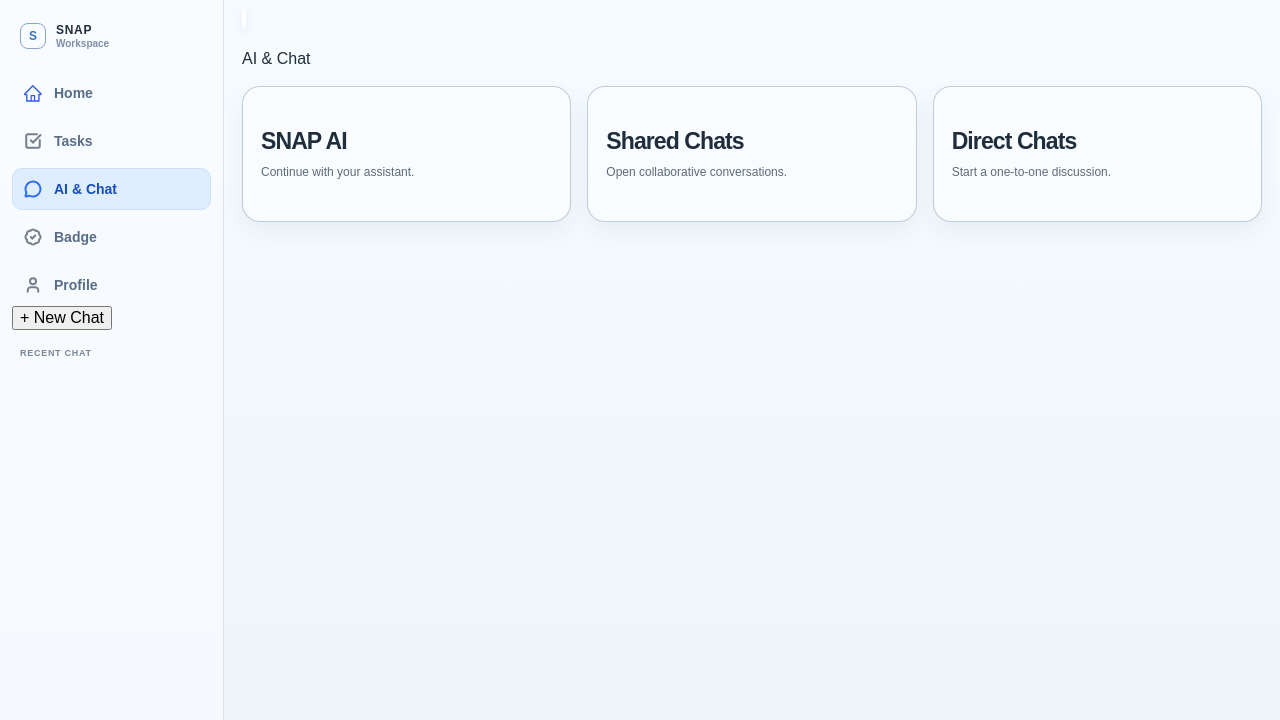
Repository: Lee-Productions-Inc/SNAP_productions
Page: pages/dashboard/ai and chat/ai_and_chat.html
An editor plug-in stored every save of this project. The page is shown before and after the next save, followed by the edit.
The browser window is 1280 px wide. The pictures show the whole page.

Above is the page before, as saved 2026-09-24 15:12:59.

### pages/dashboard/ai and chat/ai_and_chat.html
<!DOCTYPE html>
<html lang="en">
    <head>
        <meta charset="UTF-8">
        <meta name="viewport" content="width=device-width, initial-scale=1.0">
        <title>AI &amp; Chat | SNAP</title>
        <link rel="stylesheet" href="../../../designs/dashboard.css">
        <link rel="stylesheet" href="../../../designs/ai.css">
    </head>
    <body>
        <div class="dashboard-shell">
            <div class="dashboard-content">
                <aside class="sidebar" aria-label="Main navigation">
                    <a class="brand" href="../dashboard.html" aria-label="SNAP home">
                        <span class="brand-mark">S</span>
                        <span>
                            <strong>SNAP</strong>
                            <small>Workspace</small>
                        </span>
                    </a>

                    <nav class="primary-nav">
                        <a class="nav-item" href="../dashboard.html">
                            <img class="nav-icon" src="../../../assets/main icons/Vector.svg" alt="Home icon">
                            Home
                        </a>
                        <a class="nav-item" href="../tasks.html">
                            <img class="nav-icon" src="../../../assets/main icons/check-square.svg" alt="Tasks icon">
                            Tasks
                        </a>
                        <a class="nav-item active" href="ai_and_chat.html">
                            <img class="nav-icon-active" src="../../../assets/main icons/message-circle.svg" alt="AI chat icon">
                            AI & Chat
                        </a>
                        <a class="nav-item" href="../badges.html">
                            <img class="nav-icon" src="../../../assets/main icons/badge-check.svg" alt="Badge icon">
                            Badge
                        </a>
                        <a class="nav-item" href="../profile/profile.html">
                            <img class="nav-icon" src="../../../assets/main icons/user.svg" alt="Profile icon">
                            Profile
                        </a>
                    </nav>

                    <div class="chat-utils">
                        <button class="new-chat-button" type="button">+ New Chat</button>
                    </div>

                    <div class="recent-notes" aria-label="Recent chat">
                        <h2>Recent Chat</h2>
                        <div class="empty-recent" aria-hidden="true"></div>
                    </div>
                </aside>

                <main class="dashboard-main ai-chat-panel" aria-label="AI & Chat landing page">
                    <div class="top-bar">
                        <a class="profile-placeholder" href="../profile/profile.html" aria-label="Open profile"></a>
                    </div>

                    <div class="chat-surface ai-landing-surface">
                        <div class="chat-message" aria-label="AI & Chat heading">AI &amp; Chat</div>

                        <div class="ai-option-grid">
                            <a class="ai-option-card" href="ai.html">
                                <span class="option-label">SNAP AI</span>
                                <span class="option-copy">Continue with your assistant.</span>
                            </a>

                            <a class="ai-option-card" href="ai_and_chat.html">
                                <span class="option-label">Shared Chats</span>
                                <span class="option-copy">Open collaborative conversations.</span>
                            </a>

                            <a class="ai-option-card" href="ai_and_chat.html">
                                <span class="option-label">Direct Chats</span>
                                <span class="option-copy">Start a one-to-one discussion.</span>
                            </a>
                        </div>
                    </div>
                </main>
            </div>
        </div>
    </body>
</html>

### designs/dashboard.css
:root {
    --shell-bg: #edf5fb;
    --sidebar-bg: rgba(249, 252, 255, 0.8);
    --sidebar-border: rgba(138, 167, 198, 0.28);
    --panel-bg: rgba(255, 255, 255, 0.45);
    --panel-border: rgba(143, 182, 219, 0.25);
    --active-bg: #dfeeff;
    --active-text: #1a4eb5;
    --muted: #75859b;
    --text: #1f2d3d;
    --sidebar-width: 224px;
    --appbar-height: 66px;
    --radius: 16px;
    --space-sm: 10px;
    --space-md: 16px;
    --space-lg: 20px;
    font-family: Arial, sans-serif;
    color: var(--text);
    background: var(--shell-bg);
}

* {
    box-sizing: border-box;
}

html, body {
    min-width: 320px;
    min-height: 100vh;
    margin: 0;
    background: var(--shell-bg);
    color: var(--text);
    font-family: Arial, sans-serif;
}

button,
a,
input {
    font: inherit;
}

button,
a {
    -webkit-tap-highlight-color: transparent;
}

img {
    display: block;
}

.dashboard-shell {
    display: flex;
    min-height: 100vh;
    background: linear-gradient(180deg, #f6fbff 0%, #edf5fb 100%);
}

.dashboard-content {
    display: flex;
    flex: 1 1 auto;
    width: 100%;
    min-height: 100vh;
}

.sidebar {
    position: sticky;
    top: 0;
    display: flex;
    flex: 0 0 var(--sidebar-width);
    flex-direction: column;
    height: 100vh;
    padding: 14px 12px 18px;
    border-right: 1px solid var(--sidebar-border);
    background: var(--sidebar-bg);
}

.brand {
    display: flex;
    align-items: center;
    gap: 10px;
    min-height: 36px;
    margin: 4px 8px 18px;
    color: var(--text);
    text-decoration: none;
}

.brand-mark {
    display: grid;
    width: 26px;
    height: 26px;
    place-items: center;
    border: 1px solid #8ca6c8;
    border-radius: 8px;
    background: rgba(255,255,255,0.24);
    color: #3173d0;
    font-size: 12px;
    font-weight: 800;
}

.brand strong,
.brand small {
    display: block;
}

.brand strong {
    font-size: 12px;
    font-weight: 800;
    letter-spacing: 0.06em;
    text-transform: uppercase;
}

.brand small {
    margin-top: 1px;
    color: #7f8fa6;
    font-size: 10px;
    font-weight: 600;
}

.primary-nav {
    display: grid;
    gap: 6px;
}

.nav-item {
    display: flex;
    align-items: center;
    gap: 12px;
    min-height: 42px;
    padding: 0 12px;
    border-radius: 10px;
    color: #586d86;
    font-size: 14px;
    font-weight: 700;
    text-decoration: none;
    transition: background 150ms ease, color 150ms ease, transform 150ms ease;
}

.nav-item:hover {
    color: var(--active-text);
    background: rgba(223, 238, 255, 0.75);
}

.nav-item.active {
    color: var(--active-text);
    background: var(--active-bg);
    box-shadow: inset 0 0 0 1px rgba(125, 171, 223, 0.2);
}

.nav-icon {
    width: 18px;
    height: 18px;
    flex: 0 0 18px;
    opacity: 0.9;
    object-fit: contain;
}

.nav-icon-active {
    filter: brightness(0) saturate(100%) invert(32%) sepia(82%) saturate(1459%) hue-rotate(205deg) brightness(97%) contrast(99%);
}

.recent-notes {
    margin-top: 18px;
    padding: 0 8px;
}

.recent-notes h2 {
    margin: 0 0 10px;
    color: #7b8695;
    font-size: 9px;
    font-weight: 800;
    letter-spacing: 0.08em;
    text-transform: uppercase;
}

.dashboard-main {
    flex: 1 1 auto;
    min-width: 0;
    padding: 10px 18px 32px;
}

.dashboard-header {
    position: sticky;
    top: 0;
    z-index: 20;
    display: flex;
    align-items: center;
    justify-content: space-between;
    gap: 14px;
    width: 100%;
    min-height: var(--appbar-height);
    margin: 0 0 18px;
    padding: 12px 18px;
    border: 1px solid var(--panel-border);
    border-radius: 18px;
    background: rgba(255, 255, 255, 0.42);
    backdrop-filter: blur(8px);
    box-shadow: inset 0 1px 0 rgba(255,255,255,0.6);
}

.search-box {
    display: flex;
    align-items: center;
    width: min(100%, 460px);
    min-height: 42px;
    padding: 0 14px;
    border: 1px solid #dfe7f0;
    border-radius: 17px;
    background: rgba(246, 250, 254, 0.9);
    color: #9aa7b6;
}

.search-box span {
    margin-right: 10px;
    color: #7b8aa0;
    font-size: 18px;
    line-height: 1;
}

.search-box input {
    width: 100%;
    min-height: 0;
    border: 0;
    outline: 0;
    background: transparent;
    color: var(--text);
    font-size: 14px;
}

.search-box input::placeholder {
    color: #97a5b7;
}

.header-actions {
    display: flex;
    align-items: center;
    gap: 10px;
    margin-left: auto;
}

.text-action {
    display: inline-flex;
    align-items: center;
    justify-content: center;
    gap: 8px;
    min-height: 34px;
    padding: 0 14px;
    border: 1px solid #dfe7f0;
    border-radius: 14px;
    background: rgba(255,255,255,0.26);
    color: #4d5d73;
    font-size: 13px;
    font-weight: 700;
    text-decoration: none;
}

.text-action:hover {
    color: var(--active-text);
}

.new-note {
    min-height: 38px;
    border: 0;
    border-radius: 12px;
    background: #17243a;
    color: #fff;
    box-shadow: 0 8px 18px rgba(23, 36, 58, 0.15);
}

.selected-action {
    background: #dfeeff;
    border-color: rgba(141, 170, 206, 0.42);
    color: #2e4d79;
}

.folder-action {
    background: rgba(255,255,255,0.7);
}

.text-action-icon {
    width: 14px;
    height: 14px;
    object-fit: contain;
}

.profile-placeholder {
    width: 30px;
    height: 30px;
    padding: 0;
    border: 2px solid rgba(255,255,255,0.9);
    border-radius: 50%;
    background: linear-gradient(145deg, #f6d5df 0%, #d0e7ff 100%);
    box-shadow: 0 4px 12px rgba(82, 112, 143, 0.18);
    cursor: pointer;
}

.status-grid {
    display: grid;
    grid-template-columns: repeat(3, minmax(0, 1fr));
    gap: 18px;
    margin-top: 12px;
}

.status-card {
    position: relative;
    display: block;
    min-height: 128px;
    padding: 18px 18px 16px 18px;
    border: 0;
    border-radius: 18px;
    box-shadow: 0 8px 18px rgba(72, 104, 138, 0.06);
}

.today-card {
    background: #a5d4fa;
}

.progress-card {
    background: #f5e8b8;
}

.completed-card {
    background: #bfefcf;
}

.status-icon {
    position: absolute;
    left: 18px;
    top: 18px;
    display: grid;
    width: 42px;
    height: 42px;
    place-items: center;
    border-radius: 11px;
    background: rgba(255,255,255,0.42);
    flex-shrink: 0;
}

.status-icon-image {
    width: 22px;
    height: 22px;
    object-fit: contain;
}

.today-icon {
    filter: brightness(0) saturate(100%) invert(36%) sepia(96%) saturate(1800%) hue-rotate(205deg) brightness(97%) contrast(97%);
}

.status-info {
    position: relative;
    display: flex;
    flex-direction: column;
    align-items: flex-start;
    justify-content: flex-start;
    min-width: 0;
    height: 100%;
    padding-left: 0;
    padding-top: 70px;
}

.status-label {
    position: absolute;
    top: 14px;
    right: 14px;
    color: #647183;
    font-size: 13px;
    font-weight: 700;
    letter-spacing: 0.01em;
}

.status-count {
    display: block;
    margin: 0;
    color: #1f2d3f;
    font-size: 30px;
    font-weight: 800;
    line-height: 1;
}

.status-info small {
    display: block;
    margin-top: 8px;
    color: #6e7f95;
    font-size: 13px;
    font-weight: 600;
}

.notes-section {
    margin-top: 24px;
}

.section-heading {
    display: flex;
    align-items: center;
    justify-content: space-between;
    gap: 12px;
    margin-top: 8px;
}

.section-heading h2 {
    margin: 0;
    color: #1e2a3a;
    font-size: 18px;
    font-weight: 800;
}

.edit-button {
    min-height: 34px;
    padding: 0 14px;
    border: 1px solid #dfe7f0;
    border-radius: 14px;
    background: rgba(255,255,255,0.3);
    color: #5d7089;
    font-size: 13px;
    font-weight: 700;
    cursor: pointer;
}

.notes-grid {
    display: grid;
    grid-template-columns: repeat(3, minmax(0, 1fr));
    gap: 18px;
    margin-top: 16px;
}

.note-placeholder {
    width: 100%;
    aspect-ratio: 1.90;
    min-height: 150px;
    border: 1px solid #e5ebf1;
    border-radius: 16px;
    background: rgba(255, 255, 255, 0.7);
    box-shadow: 0 8px 14px rgba(88, 118, 151, 0.06);
    cursor: pointer;
}

.note-placeholder:hover,
.note-placeholder:focus-visible {
    border-color: #73aeeb;
    background: #fff;
    outline: none;
}

@media (max-width: 900px) {
    .sidebar {
        flex-basis: 190px;
    }

    .nav-item {
        font-size: 13px;
    }

    .notes-grid {
        grid-template-columns: repeat(2, minmax(0, 1fr));
    }
}

@media (max-width: 680px) {
    .dashboard-shell {
        display: block;
    }

    .dashboard-content {
        display: block;
    }

    .sidebar {
        position: relative;
        z-index: 1;
        width: 100%;
        height: auto;
        min-height: auto;
        padding: 12px 10px 8px;
        border-right: none;
        border-bottom: 1px solid var(--sidebar-border);
    }

    .brand {
        margin: 0 4px 12px;
    }

    .primary-nav {
        display: flex;
        gap: 6px;
        overflow-x: auto;
        padding-bottom: 4px;
    }

    .nav-item {
        flex: 0 0 auto;
        gap: 8px;
        min-height: 34px;
        padding: 0 11px;
        font-size: 13px;
    }

    .nav-icon {
        width: 16px;
        height: 16px;
    }

    .recent-notes {
        display: none;
    }

    .dashboard-main {
        padding: 12px 12px 42px;
    }

    .dashboard-header {
        align-items: center;
        flex-wrap: wrap;
        min-height: auto;
        padding: 10px 12px;
    }

    .search-box {
        width: 100%;
        min-height: 38px;
    }

    .header-actions {
        width: 100%;
        justify-content: flex-start;
        flex-wrap: wrap;
        gap: 8px;
    }

    .status-grid {
        grid-template-columns: 1fr;
        gap: 10px;
    }

    .status-card {
        min-height: 92px;
    }

    .notes-grid {
        gap: 10px;
    }

    .note-placeholder {
        min-height: 130px;
    }
}

### designs/ai.css
.ai-landing-surface {
    justify-content: flex-start;
    padding-top: 18px;
}

.ai-landing-surface .chat-message {
    margin-top: 4px;
    padding-top: 0;
}

.ai-option-grid {
    display: grid;
    gap: 16px;
    margin-top: 18px;
    grid-template-columns: repeat(3, minmax(0, 1fr));
}

.ai-option-card {
    display: flex;
    flex-direction: column;
    justify-content: center;
    min-height: 136px;
    padding: 22px 18px;
    border: 1px solid rgba(166, 183, 203, 0.7);
    border-radius: 18px;
    background: rgba(255, 255, 255, 0.46);
    color: #1f2d3d;
    text-decoration: none;
    box-shadow: 0 10px 22px rgba(43, 63, 89, 0.06);
    transition: transform 160ms ease, box-shadow 160ms ease, border-color 160ms ease;
}

.ai-option-card:hover {
    transform: translateY(-2px);
    border-color: rgba(110, 148, 207, 0.7);
    box-shadow: 0 14px 26px rgba(43, 63, 89, 0.12);
}

.option-label {
    font-size: clamp(18px, 1.8vw, 26px);
    font-weight: 800;
    letter-spacing: -0.04em;
    margin-bottom: 8px;
}

.option-copy {
    font-size: 12px;
    color: #5d6b7b;
    line-height: 1.5;
}

@media (max-width: 900px) {
    .ai-option-grid {
        grid-template-columns: 1fr;
    }
}

After the next save:
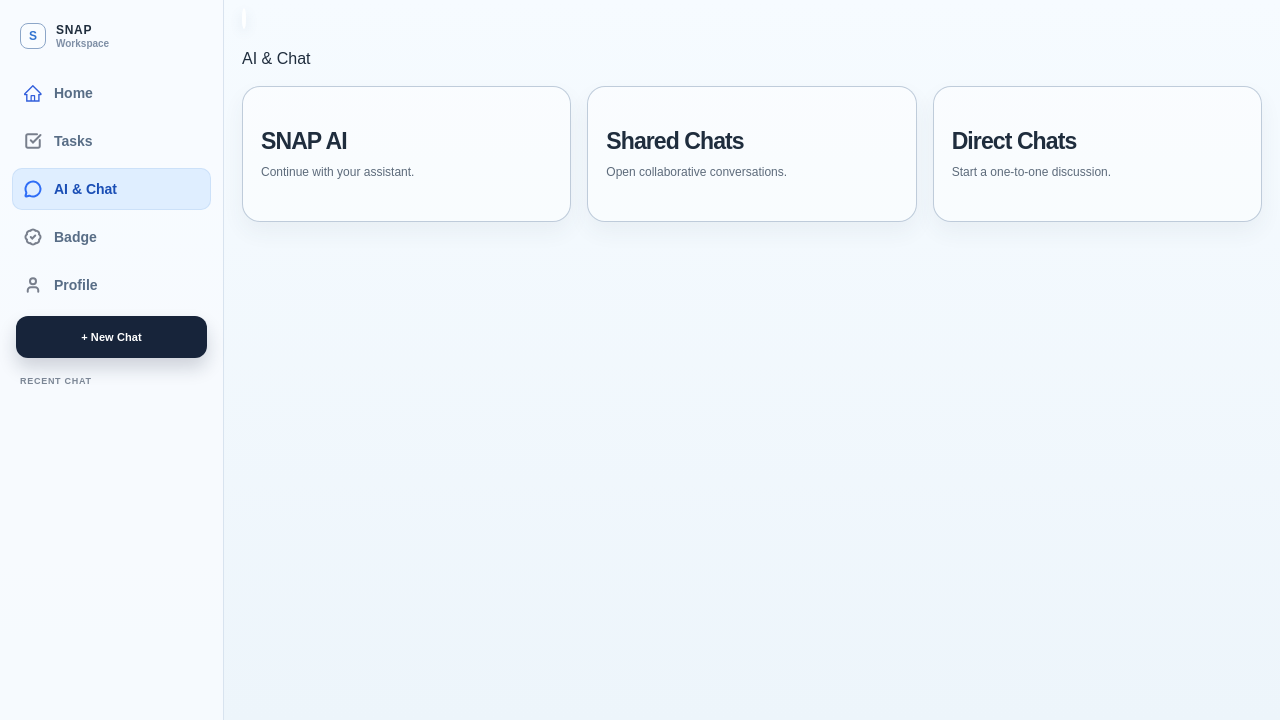
Saved 3 min 14 s later.
--- a/designs/ai.css
+++ b/designs/ai.css
@@ -1,3 +1,34 @@
+.chat-utils {
+    display: grid;
+    gap: 8px;
+    margin-top: 10px;
+    padding: 0 4px;
+}
+
+.new-chat-button {
+    display: flex;
+    align-items: center;
+    justify-content: center;
+    width: 100%;
+    min-height: 42px;
+    border: 0;
+    border-radius: 12px;
+    background: #17243a;
+    color: #ffffff;
+    font-size: 11px;
+    font-weight: 800;
+    letter-spacing: 0.01em;
+    cursor: pointer;
+    box-shadow: 0 10px 18px rgba(23, 36, 58, 0.18);
+    transition: transform 160ms ease, box-shadow 160ms ease, opacity 160ms ease;
+}
+
+.new-chat-button:hover,
+.new-chat-button:focus-visible {
+    transform: translateY(-1px);
+    box-shadow: 0 12px 20px rgba(23, 36, 58, 0.22);
+}
+
 .ai-landing-surface {
     justify-content: flex-start;
     padding-top: 18px;
